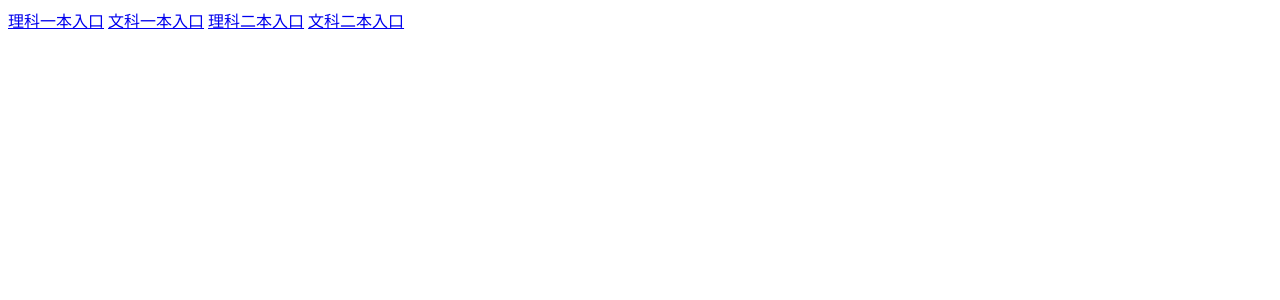
Repository: ClearLove007/Zhiyuan
Page: http://localhost/Zhiyuan/home.jsp
The author's editor kept a copy of each file at every save. The page is drawn from the files as they stood at one save, then again after the next save.
The browser window is 1280 px wide. The pictures show the whole page.
The page is served by Tomcat 9.

Above is the page before, as saved 2019-06-10 23:20:11.

After the next save:
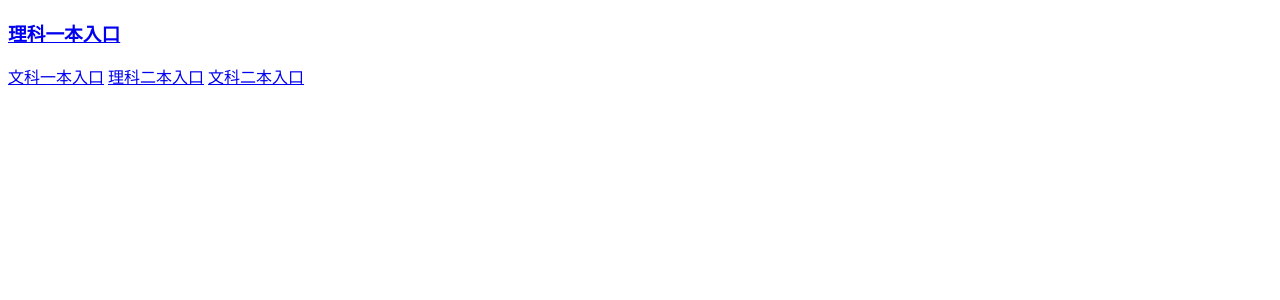
Saved 24 s later.
--- a/Zhiyuan/WebContent/home.jsp
+++ b/Zhiyuan/WebContent/home.jsp
@@ -11,7 +11,7 @@
 </head>
 <body>
 
-		<a href="L1In.jsp">理科一本入口</a>
+		<h3><a href="L1In.jsp">理科一本入口</a></h3>
 		<a href="W1In.jsp">文科一本入口</a>
 		<a href="L2In.jsp">理科二本入口</a>
 		<a href="W2In.jsp">文科二本入口</a>
